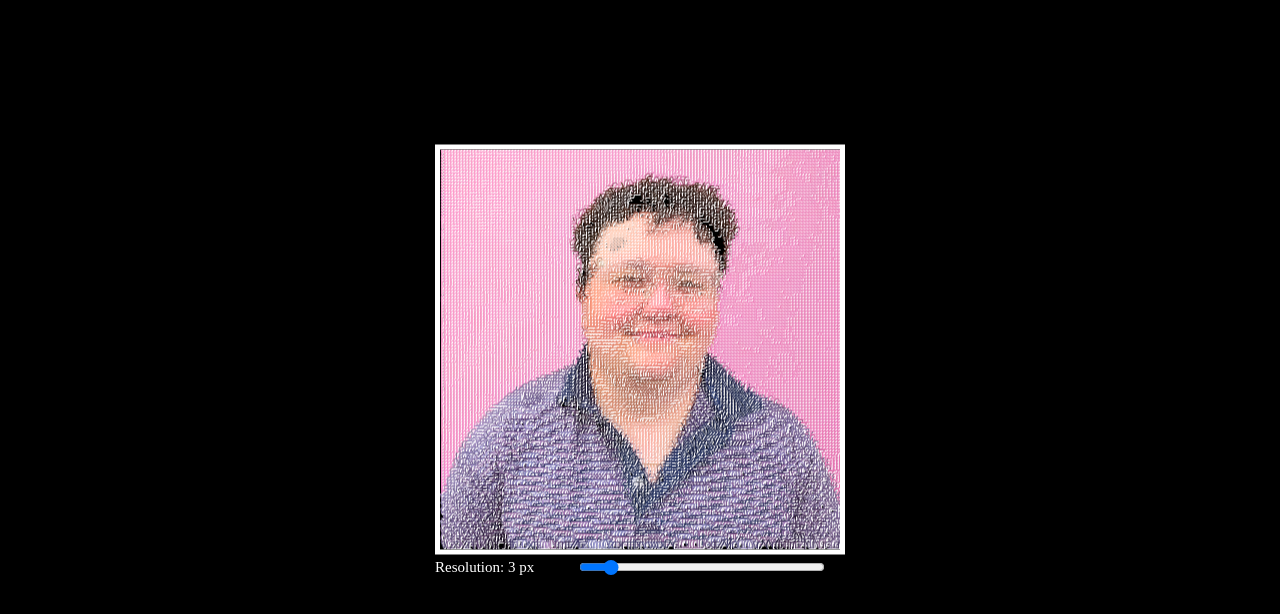
Repository: rosieomusic/ascii-art
Page: index.html
An editor plug-in stored every save of this project. The page is shown before and after the next save, followed by the edit.
The browser window is 1280 px wide. The pictures show the whole page.

Above is the page before, as saved 2025-04-16 16:46:36.

### index.html
<!DOCTYPE html>
<html>
	<head>
		<meta charset="UTF-8" />
		<meta
			http-equiv="X-UA-Compatible"
			content="IE-edge"
		/>
		<title>Pixels</title>
		<link
			rel="stylesheet"
			href="styles.css"
		/>
	</head>
	<body>
		<div class="container">
			<canvas id="canvas1"></canvas>
			<div class="controls">
				<label
					for="resolution"
					id="resolutionLabel"
					>Resolution 5 px</label
				>
				<input
					type="range"
					id="resolution"
					name="resolution"
					min="1"
					max="20"
					value="3"
				/>
			</div>
		</div>

		<script src="script.js"></script>
	</body>
</html>

### styles.css
* {
	margin: 0;
	padding: 0;
	box-sizing: border-box;
}
body {
	background: black;
}
.container {
	position: absolute;

	top: 50%;
	left: 50%;
	transform: translate(-50%, -50%);
}
#canvas1 {
	border: 5px solid white;
}
.controls {
	display: flex;
}
.controls > input {
	width: 60%;
}
.controls > label {
	width: 35%;
	color: white;
	font-size: 15px;
}

### script.js
const inputSlider = document.getElementById('resolution');
const inputLabel = document.getElementById('resolutionLabel');
const canvas = document.getElementById('canvas1');
const ctx = canvas.getContext('2d');

const image1 = new Image();
image1.src = 'img/roseomalleyheadshot2.png';
inputSlider.addEventListener('change', handleSlider);

class Cell {
	constructor(x, y, symbol, color) {
		this.x = x;
		this.y = y;
		this.symbol = symbol;
		this.color = color;
	}
	draw(ctx) {
		ctx.fillStyle = 'white';
		ctx.fillText(this.symbol, this.x + 1, this.y + 1);

		ctx.fillStyle = this.color;
		ctx.fillText(this.symbol, this.x, this.y);
	}
}
class AsciiEffect {
	#imageCellArray = [];
	#pixels = [];
	#ctx;
	#width;
	#height;
	constructor(ctx, width, height) {
		this.#ctx = ctx;
		this.#width = width;
		this.#height = height;
		this.#ctx.drawImage(image1, 0, 0, this.#width, this.#height);
		this.#pixels = this.#ctx.getImageData(0, 0, this.#width, this.#height);
		console.log(this.#pixels.data);
	}
	#convertToSymbol(g) {
		if (g > 250) return '$';
		else if (g > 245) return '@';
		else if (g > 240) return 'B';
		else if (g > 235) return '%';
		else if (g > 230) return '8';
		else if (g > 225) return '&';
		else if (g > 220) return 'W';
		else if (g > 225) return 'M';
		else if (g > 220) return '#';
		else if (g > 215) return '*';
		else if (g > 210) return 'o';
		else if (g > 205) return 'a';
		else if (g > 200) return 'h';
		else if (g > 195) return 'k';
		else if (g > 190) return 'b';
		else if (g > 185) return 'd';
		else if (g > 180) return 'p';
		else if (g > 175) return 'q';
		else if (g > 170) return 'w';
		else if (g > 165) return 'm';
		else if (g > 160) return 'Z';
		else if (g > 155) return 'O';
		else if (g > 150) return '0';
		else if (g > 145) return 'Q';
		else if (g > 140) return 'L';
		else if (g > 135) return 'C';
		else if (g > 130) return 'J';
		else if (g > 125) return 'U';
		else if (g > 120) return 'Y';
		else if (g > 115) return 'X';
		else if (g > 105) return 'z';
		else if (g > 100) return 'c';
		else if (g > 95) return 'v';
		else if (g > 90) return 'u';
		else if (g > 85) return 'n';
		else if (g > 80) return 'x';
		else if (g > 75) return 'r';
		else if (g > 70) return 'j';
		else if (g > 65) return 'f';
		else if (g > 60) return 't';
		else if (g > 55) return '/';
		else if (g > 50) return '\\';
		else if (g > 45) return '|';
		else if (g > 40) return '(';
		else if (g > 35) return ')';
		else if (g > 30) return '1';
		else if (g > 25) return '{';
		else if (g > 20) return '}';
		else return '';
	}
	#scanImage(cellSize) {
		this.#imageCellArray = [];
		for (let y = 0; y < this.#pixels.height; y += cellSize) {
			for (let x = 0; x < this.#pixels.width; x += cellSize) {
				const posX = x * 4;
				const posY = y * 4;
				const pos = posY * this.#pixels.width + posX;

				if (this.#pixels.data[pos + 3] > 128) {
					const red = this.#pixels.data[pos];
					const green = this.#pixels.data[pos + 1];
					const blue = this.#pixels.data[pos + 2];
					const total = red + green + blue;
					const averageColorValue = total / 3;
					const color = `rgb(${red}, ${green}, ${blue})`;
					const symbol = this.#convertToSymbol(averageColorValue);
					if (symbol) this.#imageCellArray.push(new Cell(x, y, symbol, color));
				}
			}
		}
		console.log(this.#imageCellArray);
	}
	#drawAscii() {
		this.#ctx.clearRect(0, 0, this.#width, this.#height);
		for (let i = 0; i < this.#imageCellArray.length; i++) {
			this.#imageCellArray[i].draw(this.#ctx);
		}
	}
	draw(cellSize) {
		this.#scanImage(cellSize);
		this.#drawAscii();
	}
}
let effect;
function handleSlider() {
	console.log('Slider value: ', inputSlider.value);
	if (inputSlider.value == 1) {
		inputLabel.innerHTML = 'Original Image';
		ctx.drawImage(image1, 0, 0, canvas.width, canvas.height);
	} else {
		inputLabel.innerHTML = 'Resolution: ' + inputSlider.value + ' px';
		ctx.font = parseInt(inputSlider.value) + 10 + 'px Courier New';
		effect.draw(parseInt(inputSlider.value));
	}
}
image1.onload = function initialize() {
	console.log('Image loaded: ', image1.src);
	console.log('Image dimiensions: ', image1.width, image1.height);

	canvas.width = image1.width;
	canvas.height = image1.height;
	ctx.drawImage(image1, 0, 0);

	const base64Image = canvas.toDataURL('img/roseomalleyheadshot2.png');
	console.log('Base64 image:', base64Image);

	effect = new AsciiEffect(ctx, image1.width, image1.height);
	//effect.draw(parseInt(inputSlider.value));
	handleSlider();
};

After the next save:
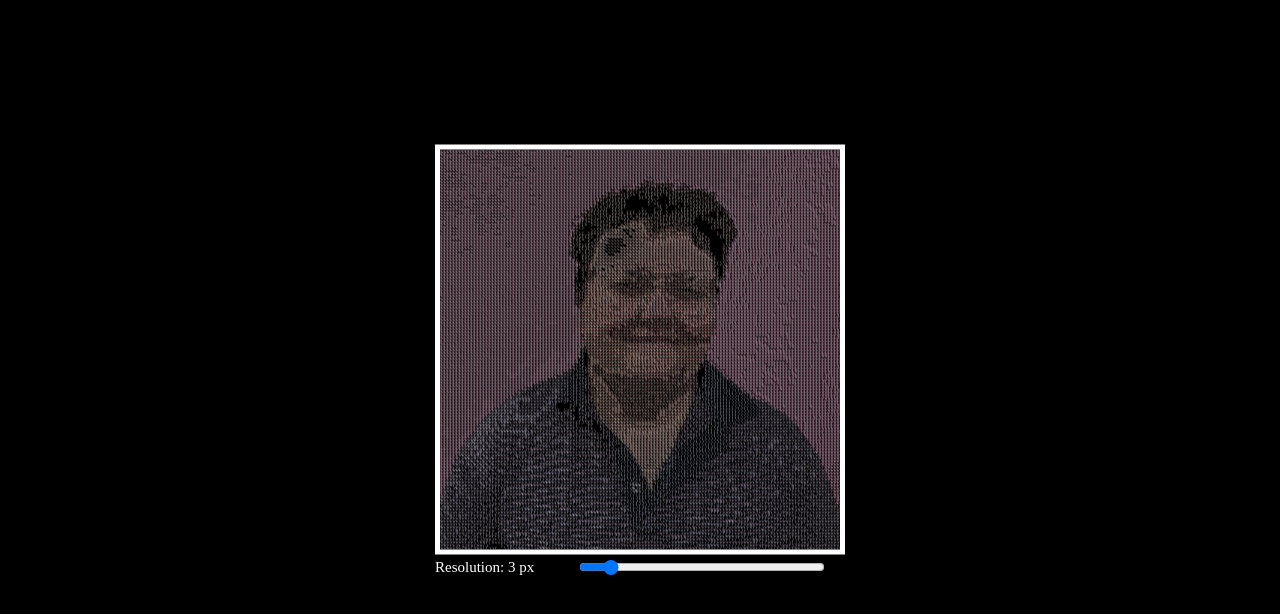
Saved 30 s later.
--- a/script.js
+++ b/script.js
@@ -128,7 +128,7 @@
 		ctx.drawImage(image1, 0, 0, canvas.width, canvas.height);
 	} else {
 		inputLabel.innerHTML = 'Resolution: ' + inputSlider.value + ' px';
-		ctx.font = parseInt(inputSlider.value) + 10 + 'px Courier New';
+		ctx.font = parseInt(inputSlider.value) + 'px Courier New';
 		effect.draw(parseInt(inputSlider.value));
 	}
 }
